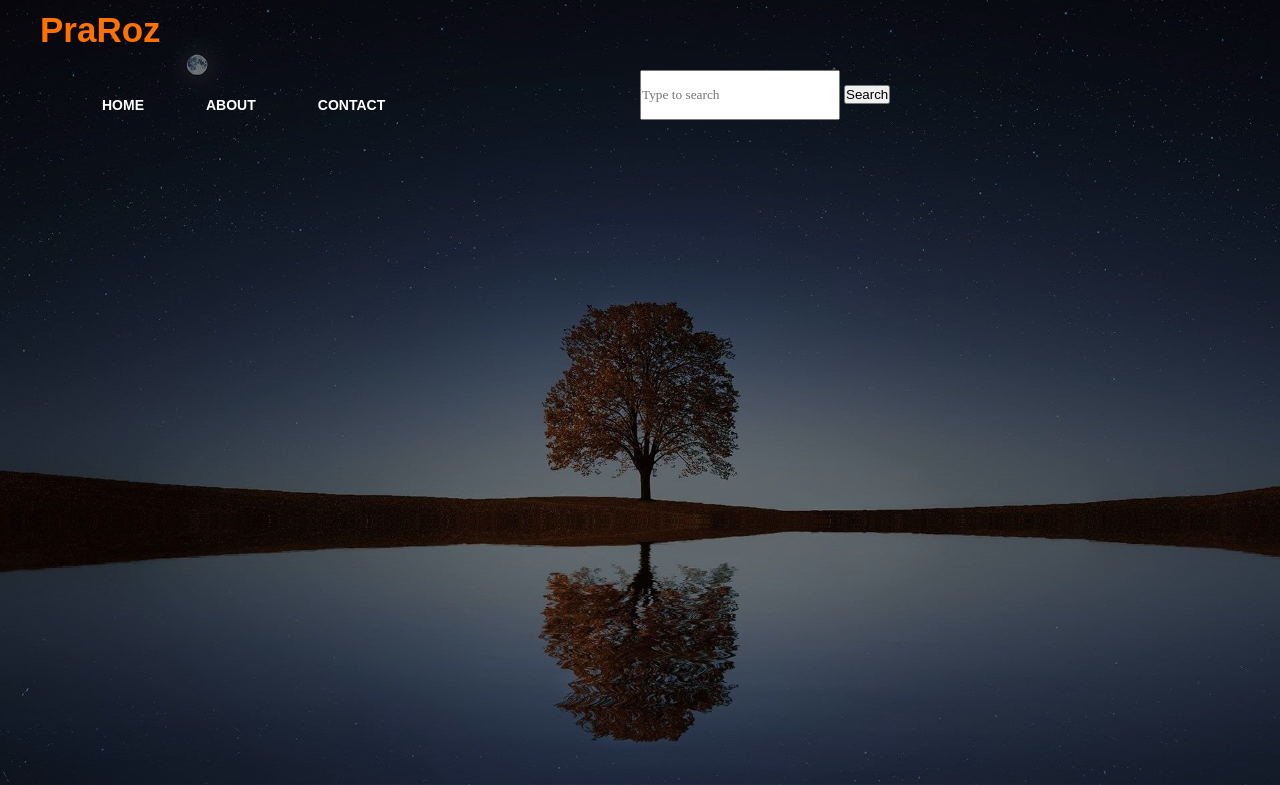
Repository: Cedrqmwesigwa/web-design-course
Page: index.html
The author's editor kept a copy of each file at every save. The page is drawn from the files as they stood at one save, then again after a run of saves.
The browser window is 1280 px wide. The pictures show the whole page.

Above is the page before, as saved 2024-04-03 19:56:24.

### index.html
<!DOCTYPE html>
<html lang="en">
<head>
    <title>My Website</title>
    <link rel="stylesheet" href="style.css"/>
</head>
<body>
    <div class="main">
        <div class="navbar">
            <div class="icon">
                <h2 class="logo">PraRoz</h2>
            </div>
            <div class="menu">
                <ul>
                    <li><a href="#">HOME</a></li>
                    <li><a href="#">ABOUT</a></li>
                    <li><a href="#">CONTACT</a></li>
                </ul>
            </div>
            <div class="search">
                <input type="search" class="srch" name="" placeholder="Type to search">
                <a href="#"><button class="btn">Search</button></a>
            </i></div>
        </div>
    </div>


</body>
</html>

### style.css
*{
    margin: 0;
    padding: 0;
}

.main{
    width: 100% ;
    background: linear-gradient(to top, rgba(0,0,0,0.5)50%, rgba(0, 0, 0, 0.5)50%), url(1.jpg);
    background-position: center;
    background-size: cover;
    height: 109vh;
}

.navbar{
    width: 1200px;
    height: 75px;
    margin:  auto;
}

.icon{
    width: 200px;
    font: left;
    height: 70px;
}

.logo {
    color: #ff7200;
    font-size: 35px;
    font-family: Arial;
    float: left;
    padding-top: 10px;
}

.menu{
    width: 400px;
    float: left;
    height: 70px;
}

ul{
    float: left;
    display: flex;
    justify-content: center;
    align-items: center;
}

ul li{
    list-style: none;
    margin-left: 62px;
    margin-top: 27px;
    font-size: 14px;
}

ul li a{
    text-decoration: none;
    color: white;
    font-family: Arial;
    font-weight: bold;
    transition: .4 ease-in-out;
}

ul li a:hover{
    color:#ff7200
}

.search{
    width: 330px;
    float: left;
    margin-left: 200px;
}

.srch{
    font-family: "Times New Roman";
    width: 200px;
    height: 50px;



}

After the next 2 saves:
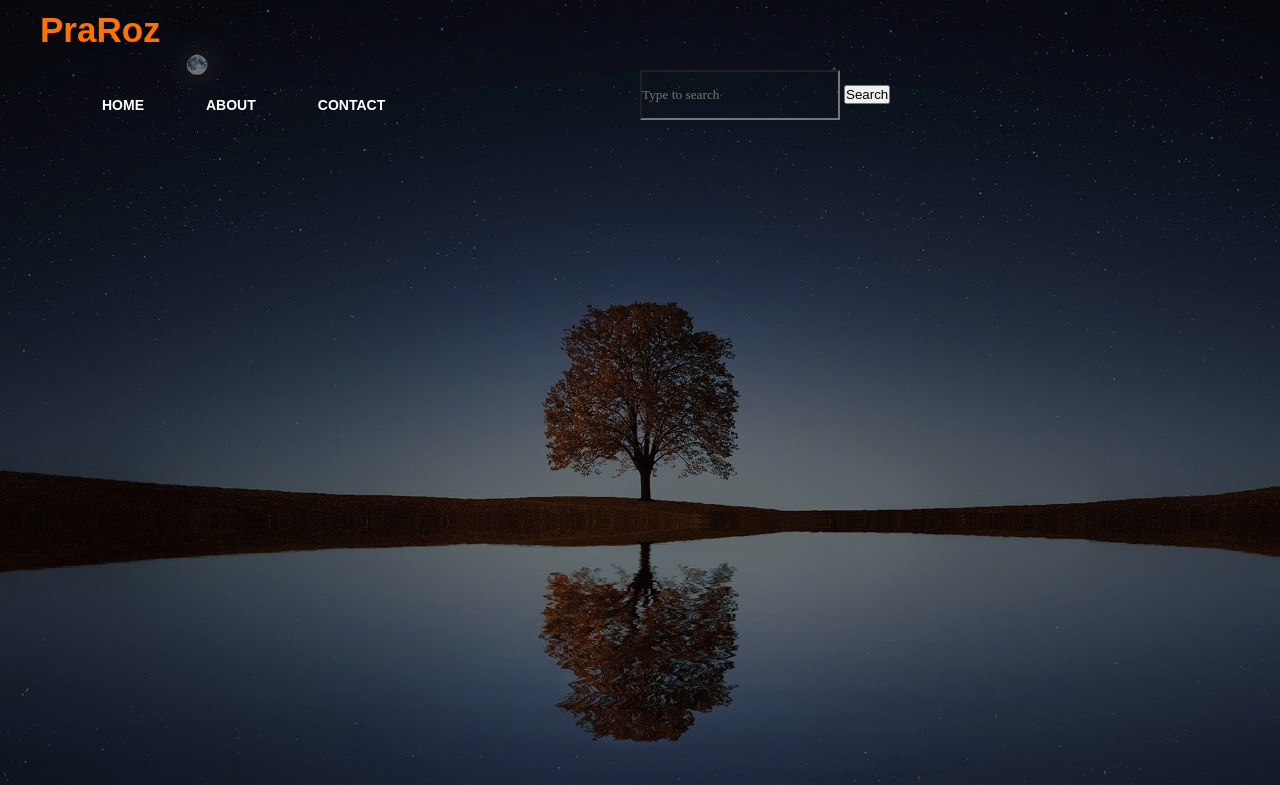
The 2 saves are shown as one change because they came seconds apart.
The last was saved 8 s later.
--- a/style.css
+++ b/style.css
@@ -73,7 +73,7 @@ ul li a:hover{
     font-family: "Times New Roman";
     width: 200px;
     height: 50px;
-
+    background: transparent
 
 
 }
